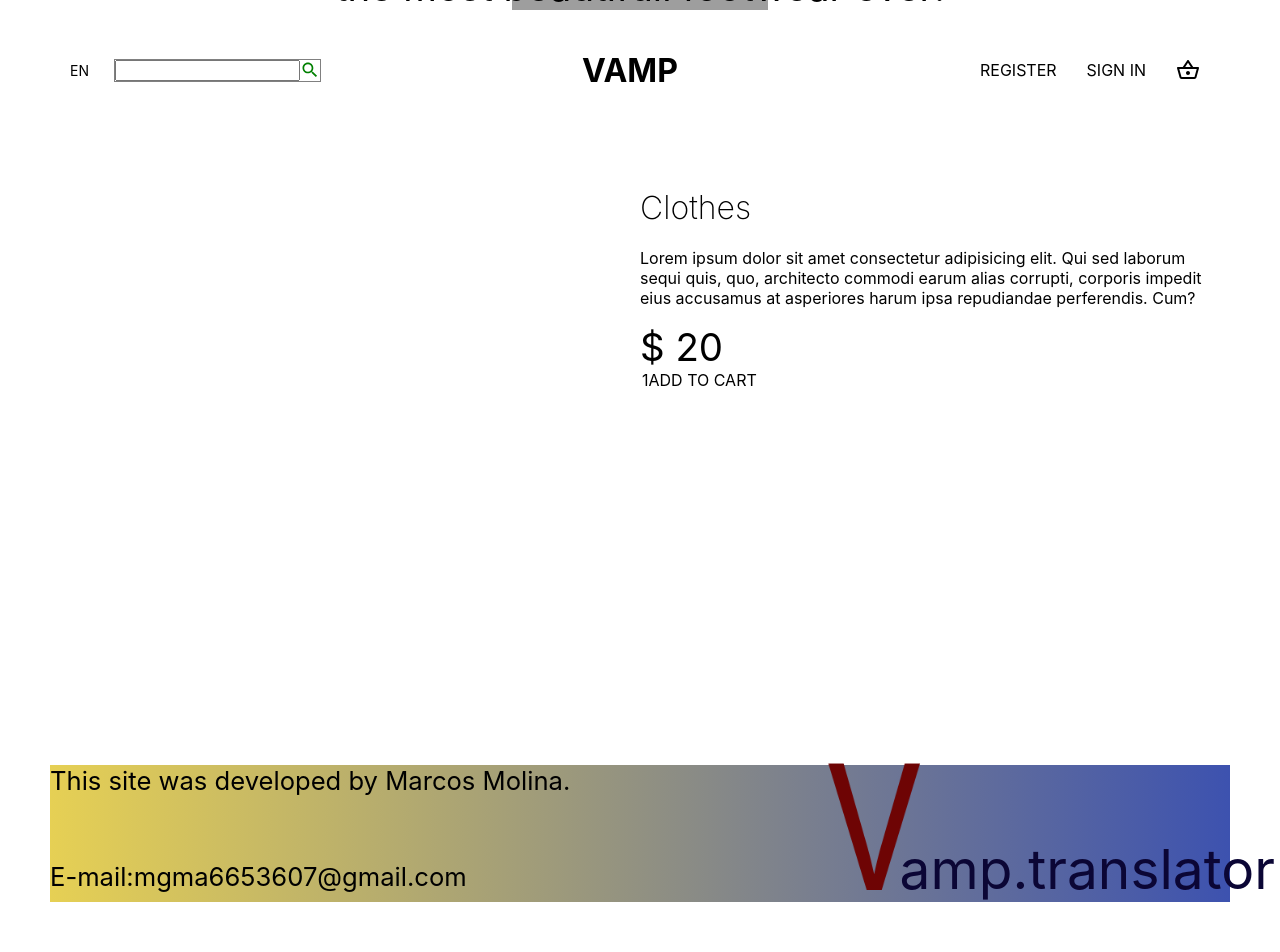
Repository: mgma2005/ecoeli
Page: /
These files come from the project's save history. The page is drawn as it stood at one moment and after the next save; the edit follows.
The browser window is 1280 px wide. The pictures show the part of the page from y = 163 to 1115 px (the page is 1115 px tall).
Pictures or frames that could not be fetched are drawn as grey boxes. The project was rebuilt for these pictures with package versions that can differ from the ones it lists, and the page was loaded fresh each time. Also part of the build but not shown: src/App.css.

Above is the page before, as saved 2022-05-14 17:27:49.

After the next save:
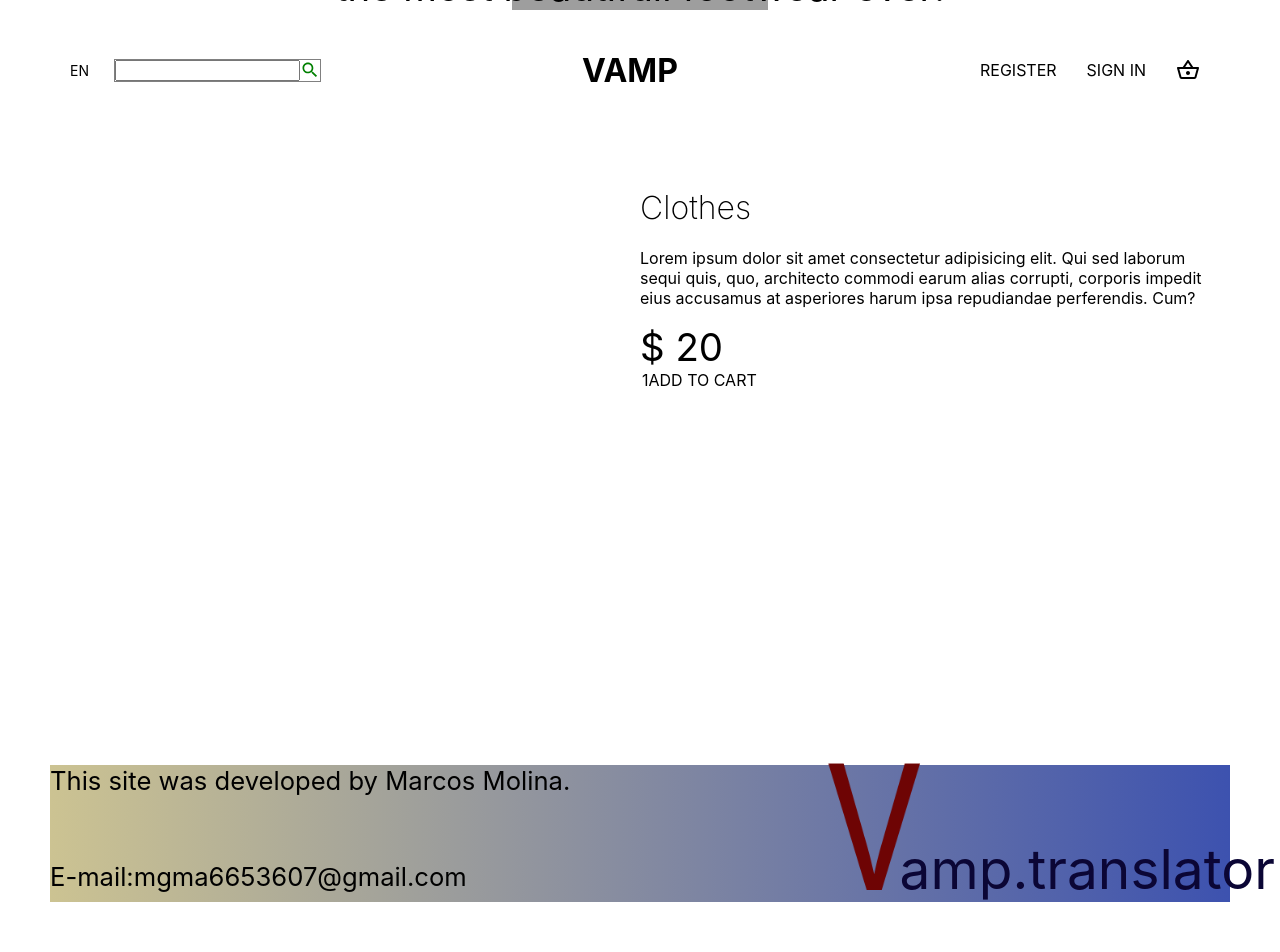
Saved 20 s later.
--- a/src/style.css
+++ b/src/style.css
@@ -2,7 +2,7 @@
     margin-top: 10%;
     width: 100%;
     height: auto;
-    background: linear-gradient(to right, rgb(230, 208, 84),rgb(61, 82, 175));
+    background: linear-gradient(to right, rgb(204, 195, 146),rgb(61, 82, 175));
 
 }
 
